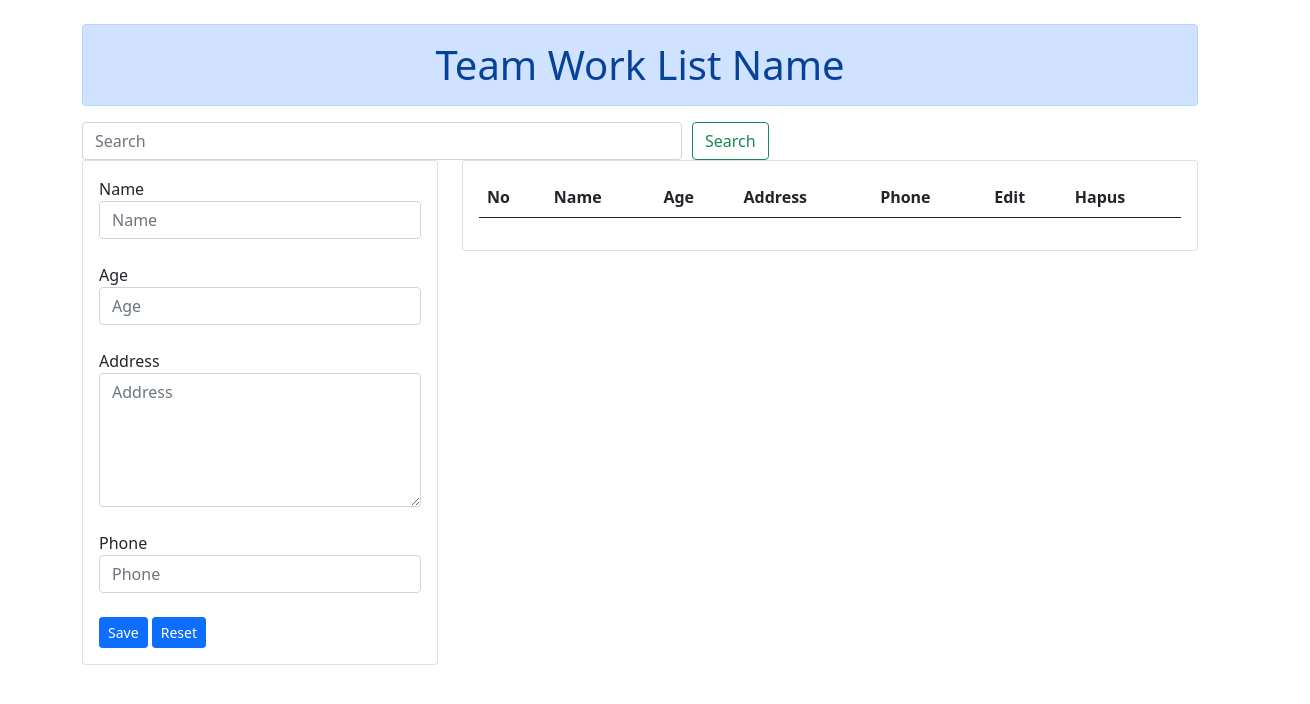
Repository: MENGSRUN/crud-html
Page: index.html
These files come from the project's save history. The page is drawn as it stood at one moment and after a run of saves; the edit follows.
The browser window is 1280 px wide. The page is 1280 px wide, then 1310 px, so the pictures cover 1310 px, including what lies to the right of the window. The pictures show the whole page.

Above is the page before, as saved 2023-05-11 16:32:25.

### index.html
<!DOCTYPE html>
<html lang="en">

<head>
    <meta charset="UTF-8" />
    <meta name="viewport" content="width=device-width, initial-scale=1.0" />
    <meta http-equiv="X-UA-Compatible" content="ie=edge" />
    <meta name="Description" content="Enter your description here" />
    <link rel="stylesheet"
        href="https://cdnjs.cloudflare.com/ajax/libs/twitter-bootstrap/5.1.0/css/bootstrap.min.css" />
    <link rel="stylesheet" href="https://cdnjs.cloudflare.com/ajax/libs/font-awesome/5.15.4/css/all.min.css" />
    <link rel="stylesheet" href="style.css">
</head>

<body>
    <div class="container mt-4">
        <div class="row">
            <div class="col-lg-12">
                <h1 class="alert alert-primary text-center">
                    Team Work List Name
                </h1>
            </div>
            <form class="form-inline my-2 my-lg-0 sn1">
                <input class="form-control mr-sm-2 sn" type="search" placeholder="Search" aria-label="Search">
                <button class="btn btn-outline-success my-2 my-sm-0" type="submit">Search</button>
            </form>
            <div class="col-lg-4">
                <div class="card">
                    <div class="card-body">
                        <form id="form">
                            <input type="hidden" name="id" id="id">
                            <label for="">Name</label>
                            <input type="text" placeholder="Name" class="form-control" name="name" id="name" required>
                            <br>
                            <label for="">Age</label>
                            <input type="number" placeholder="Age" class="form-control" name="age" id="age" required>
                            <br>
                            <label for="">Address</label>
                            <textarea name="address" placeholder="Address" id="address" cols="30" rows="5" required
                                class="form-control"></textarea>
                            <br>
                            <label for="">Phone</label>
                            <input type="text" placeholder="Phone" class="form-control" id="phone" name="phone"
                                required>
                            <br>
                            <button class="btn btn-sm btn-primary" type="button" onclick="save()">Save</button>
                            <button class="btn btn-sm btn-primary" type="button" onclick="clearData()">Reset</button>
                        </form>
                    </div>
                </div>
            </div>
            <div class="col-lg-8">
                <div class="card">
                    <div class="card-body">
                        <div class="table-responsive">
                            <table id="datatable" class="table table-striped">
                                <thead>
                                    <tr>
                                        <th>No</th>
                                        <th>Name</th>
                                        <th>Age</th>
                                        <th>Address</th>
                                        <th>Phone</th>
                                        <th>Edit</th>
                                        <th>Hapus</th>
                                    </tr>
                                </thead>
                                <tbody id="table">

                                </tbody>
                            </table>
                        </div>
                    </div>
                </div>
            </div>
        </div>
    </div>
    <script src="https://cdnjs.cloudflare.com/ajax/libs/popper.js/2.9.2/umd/popper.min.js"></script>
    <script src="https://cdnjs.cloudflare.com/ajax/libs/twitter-bootstrap/5.1.0/js/bootstrap.min.js"></script>
    <script src="./JS/data.js"></script>
    <script src="./JS/find.js"></script>
    <script src="./JS/remove.js"></script>
    <script src="./JS/save.js"></script>
    <script>
        allData()
    </script>
    <script>
        function clearData() {
            document.getElementById('form').reset()
            document.getElementById('id').value = ""
        }
    </script>
</body>

</html>

### style.css
.sn{
    width: 600px!important;
    float: left;margin-right: 10px;
}
.sn1{
    align-items: center;
}

### JS/data.js
    //method to get all data
    function allData(){

        table.innerHTML = ``
        //get data from localstorage and store to contaclist array
        //we must to use JSON.parse, because data as string, we need convert to array
        contactList = JSON.parse(localStorage.getItem('listItem')) ?? []

        //looping data and show data in table
        contactList.forEach(function (value, i){

            var table = document.getElementById('table')

            table.innerHTML += `
                <tr>
                    <td>${i+1}</td>
                    <td>${value.name}</td>
                    <td>${value.age}</td>
                    <td>${value.address}</td>
                    <td>${value.phone}</td>
                    <td>
                        <button class="btn btn-sm btn-success" onclick="find(${value.id})">
                            <i class="fa fa-edit"></i>
                        </button>
                    </td>
                    <td>
                        <button class="btn btn-sm btn-danger" onclick="removeData(${value.id})">
                            <i class="fa fa-trash"></i>
                        </button>
                    </td>
                </tr>`
        })
    }

### JS/find.js
//method to get detail personal data based on id
function find(id){
    //get data from localstorage and store to contaclist array
    //we must to use JSON.parse, because data as string, we need convert to array
    contactList = JSON.parse(localStorage.getItem('listItem')) ?? []

    contactList.forEach(function (value){
        if(value.id == id){
           document.getElementById('id').value = value.id
           document.getElementById('name').value = value.name
           document.getElementById('age').value = value.age
           document.getElementById('address').value = value.address
           document.getElementById('phone').value = value.phone
        }
    })
}

### JS/remove.js
function removeData(id){
    //get data from localstorage and store to contaclist array
    //we must to use JSON.parse, because data as string, we need convert to array
    contactList = JSON.parse(localStorage.getItem('listItem')) ?? []

    contactList = contactList.filter(function(value){
        return value.id != id;
    });

    // save array into localstorage
    localStorage.setItem('listItem', JSON.stringify(contactList))

    //get data again
    allData()
}

### JS/save.js


//method to save data into localstorage
function save(){
    //get data from localstorage and store to contaclist array
    //we must to use JSON.parse, because data as string, we need convert to array
    contactList = JSON.parse(localStorage.getItem('listItem')) ?? []

    //get last array to get last id
    //and store it into variable id
    var id
    contactList.length != 0 ? contactList.findLast((item) => id = item.id) : id = 0

    if(document.getElementById('id').value){

        //edit contactlist array based on value
        contactList.forEach(value => {
            if(document.getElementById('id').value == value.id){
                value.name      = document.getElementById('name').value,
                value.age       = document.getElementById('age').value,
                value.address   = document.getElementById('address').value,
                value.phone     = document.getElementById('phone').value
            }
        });

        //remove hidden input
        document.getElementById('id').value = ''

    }else{

        //save
        //get data from form
        var item = {
            id        : id + 1,
            name      : document.getElementById('name').value,
            age       : document.getElementById('age').value,
            address   : document.getElementById('address').value,
            phone     : document.getElementById('phone').value
        }

        //add item data to array contactlist
        contactList.push(item)
    }

    // save array into localstorage
    localStorage.setItem('listItem', JSON.stringify(contactList))

    //update table list
    allData()

    //remove form data
    document.getElementById('form').reset()
}

After the next 3 saves:
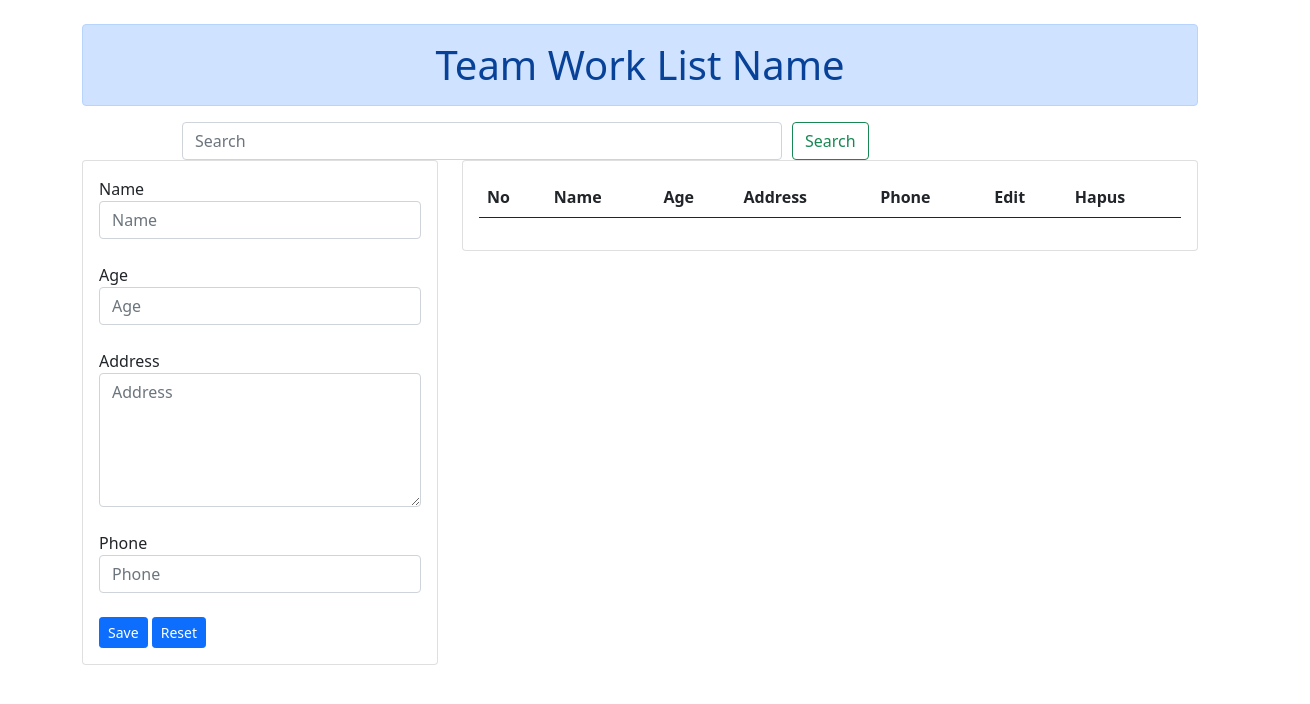
The 3 saves are shown as one change because they came seconds apart.
The last was saved 11 s later.
--- a/style.css
+++ b/style.css
@@ -3,5 +3,5 @@
     float: left;margin-right: 10px;
 }
 .sn1{
-    align-items: center;
+    margin-left: 100px;
 }
